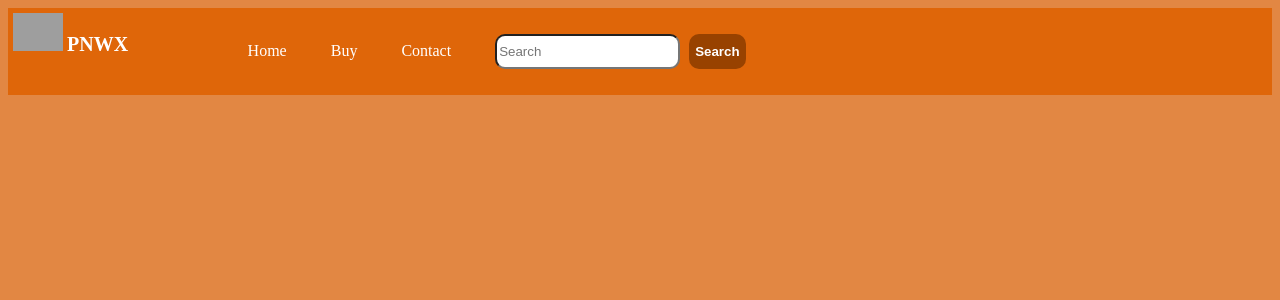
Repository: meiming24/meiming24.github.io
Page: index.html
An editor plug-in stored every save of this project. The page is shown before and after the next save, followed by the edit.
The browser window is 1280 px wide. The pictures show the whole page.
Pictures or frames that could not be fetched are drawn as grey boxes.

Above is the page before, as saved 2022-05-09 19:29:57.

### index.html
<!DOCTYPE html>
<html lang="en">
<head>
    <meta charset="UTF-8">
    <meta http-equiv="X-UA-Compatible" content="IE=edge">
    <meta name="viewport" content="width=device-width, initial-scale=1.0">
    <title>Pacific Northwest X-Ray</title>
    <link rel="stylesheet" href="index.css" />
</head>
<body>
    <div class="container">

        <div class="logo">
            <img src="https://i.postimg.cc/hG3zmBz9/xray.png" alt="logo">
            <a href="#">PNWX</a>
        </div>

        <div class="nav-bar">
            <nav>
                <ul>
                    <li>
                        <a href="#">Home</a>
                    </li>

                    <li>
                        <a href="#">Buy</a>
                    </li>

                    <li>
                        <a href="#">Contact</a>
                    </li>

                    <li>
                        <form class="d-flex">
                            <input type="search" placeholder="Search"/>
                            <button type="submit">Search</button>
                        </form>
                    </li>

                </ul>


            </nav>



        </div>



    </div>

    <div class="content">

        <div class="item">

        </div>

        <div class="item">

        </div>

        <div class="item">

        </div>

    </div>
</body>
</html>

### index.css
body {
    background-color: #e28743
}

.container {
    display: flex;
    flex-flow: row wrap;
    background-color: #df6609;
}

.container > * {
    padding: 0px;
    margin: 0PX;
    box-sizing: border-box;
}

.logo {
    flex-basis: 15%;
    font-weight: 600;
    text-decoration: none;
    padding: 5px;
    display: inline-block;
}

.logo > img {
    width: 50px;
}

.logo > a {
    text-decoration: none;
    font-size: 20px;
    color: #fff;
}

.nav-bar {
    display: flex;
    align-items: center;
}

.nav-bar > nav {
    flex: 100%;
    text-align: left;
}

.nav-bar > nav ul {
    display: inline-block;
    list-style-type: none;
}

.nav-bar > nav ul li{
    display: inline-block;
    margin-right: 20px;
    padding: 10px;
}

.nav-bar > nav ul li a{
    text-decoration: none;
    border-bottom-style: none;
    color: #fff;
}

.nav-bar > nav ul li:hover{
    background-color: #b34f03;
}

.nav-bar > nav ul li form input {
    height: 35px;
    border-radius: 10px;
    margin-right: 5px;
}

.nav-bar > nav ul li form button {
    height: 35px;
    border-radius: 10px;
    border-style: none;
    font-weight: 600;
    color: #fff;
    background: #984200;
}

.nav-bar > nav ul li form button:hover {
    background: #4e2201;
}

After the next save:
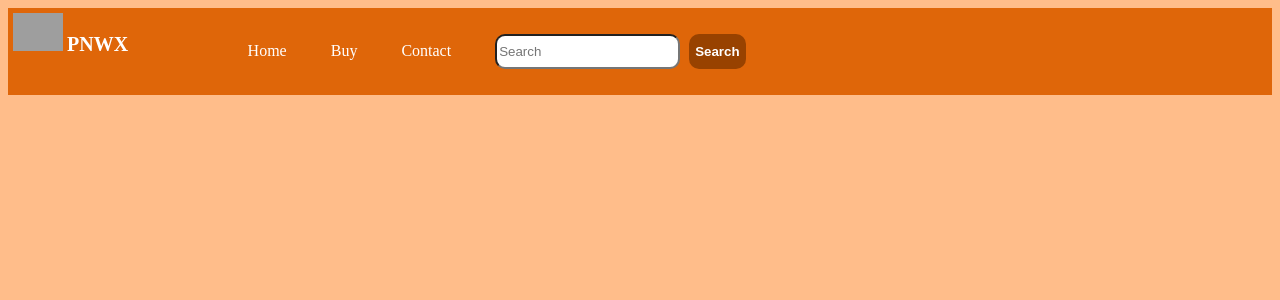
Saved 7 s later.
--- a/index.css
+++ b/index.css
@@ -1,5 +1,5 @@
 body {
-    background-color: #e28743
+    background-color: #ffbd8a
 }
 
 .container {

After the 3 saves that followed:
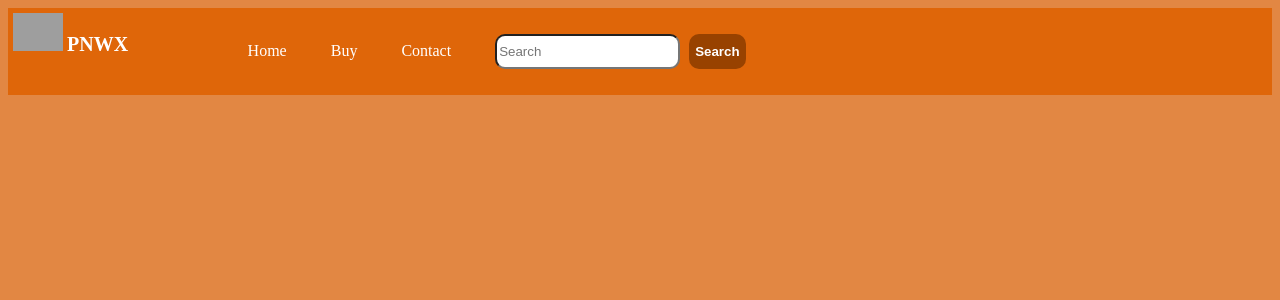
The 3 saves are shown as one change because they came seconds apart.
The last was saved 10 s later.
--- a/index.css
+++ b/index.css
@@ -1,5 +1,5 @@
 body {
-    background-color: #ffbd8a
+    background-color: #e28743
 }
 
 .container {
